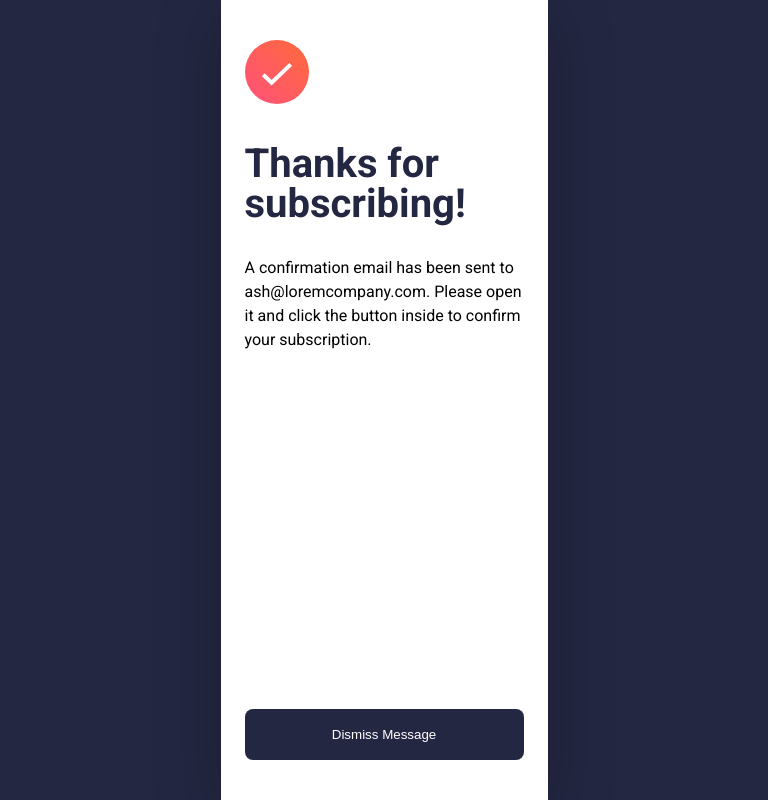
Repository: brandontaylor1/newsletter-signup
Page: success.html
These files come from the project's save history. The page is drawn as it stood at one moment and after the next save; the edit follows.
The browser window is 768 px wide. The pictures show the whole page.

Above is the page before, as saved 2025-01-20 10:50:58.

After the next save:
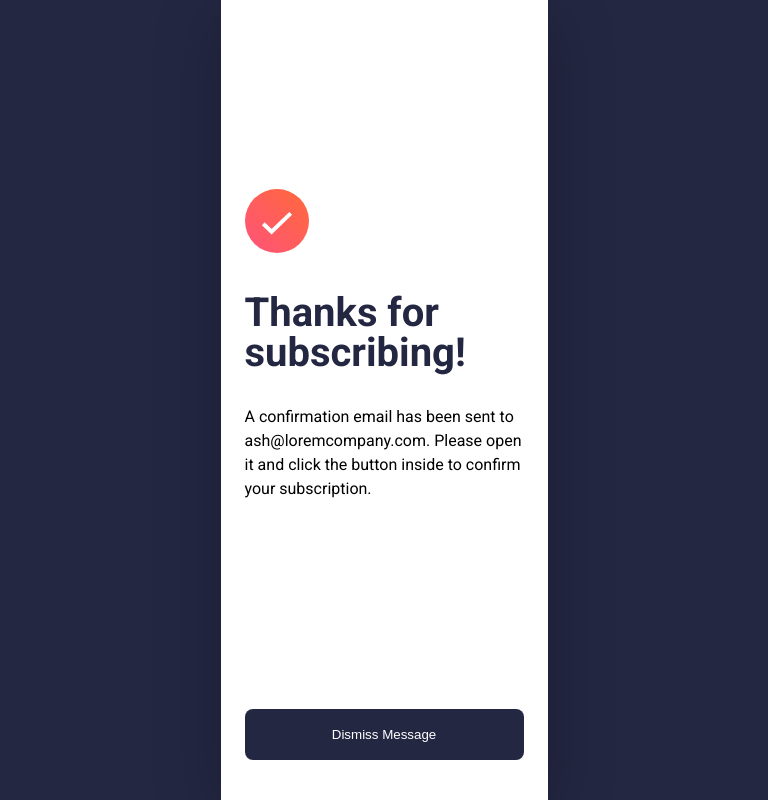
Saved 24 s later.
--- a/success.css
+++ b/success.css
@@ -115,6 +115,7 @@ button:hover {
         flex-direction: column;
         justify-content: space-around;
         align-items: left;
+        padding-top: 149px;
     }
 
     .success-card h1 {
